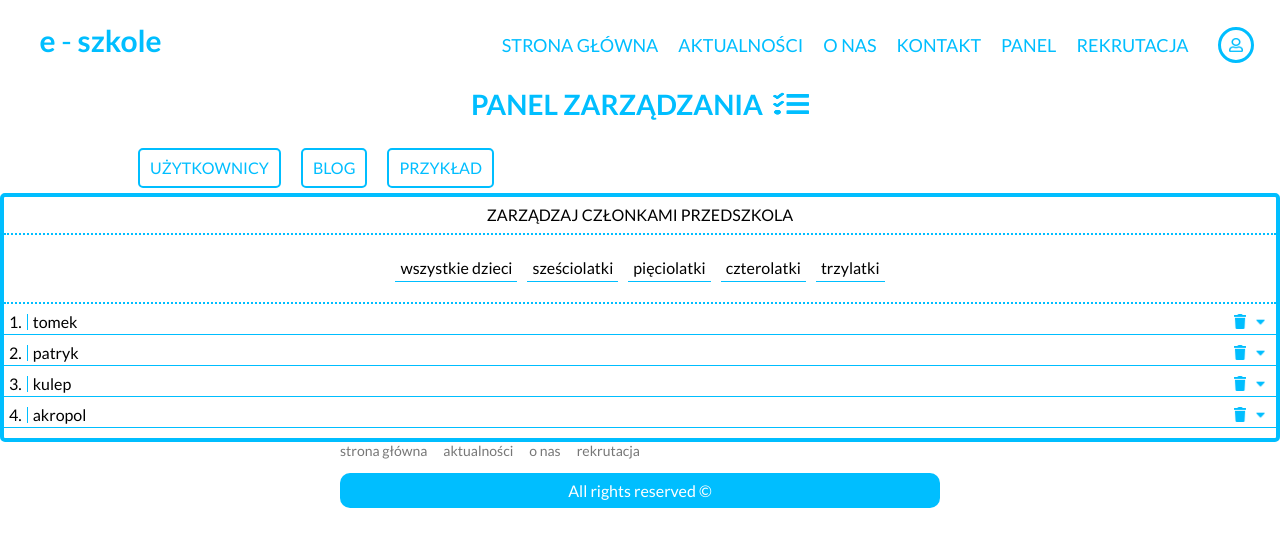
Repository: Votex874/e-szkole
Page: /panel (app in app/)
The author's editor kept a copy of each file at every save. The page is drawn from the files as they stood at one save, then again after the next save.
The browser window is 1280 px wide. The pictures show the whole page.
The project was rebuilt for these pictures with package versions that can differ from the ones it lists, and the page was loaded fresh each time. Also part of the build but not shown: app/src/components/News/Title/index.js, app/src/components/News/Content/index.js, app/src/components/News/Avatar/index.js, app/src/components/News/Footer/index.js, app/src/components/News/index.js, app/src/components/AboutUs/Content/index.js, app/src/components/AboutUs/index.js, app/src/components/Graduates/ListItem/index.js and 26 more.

Above is the page before, as saved 2019-04-03 10:08:15.

After the next save:
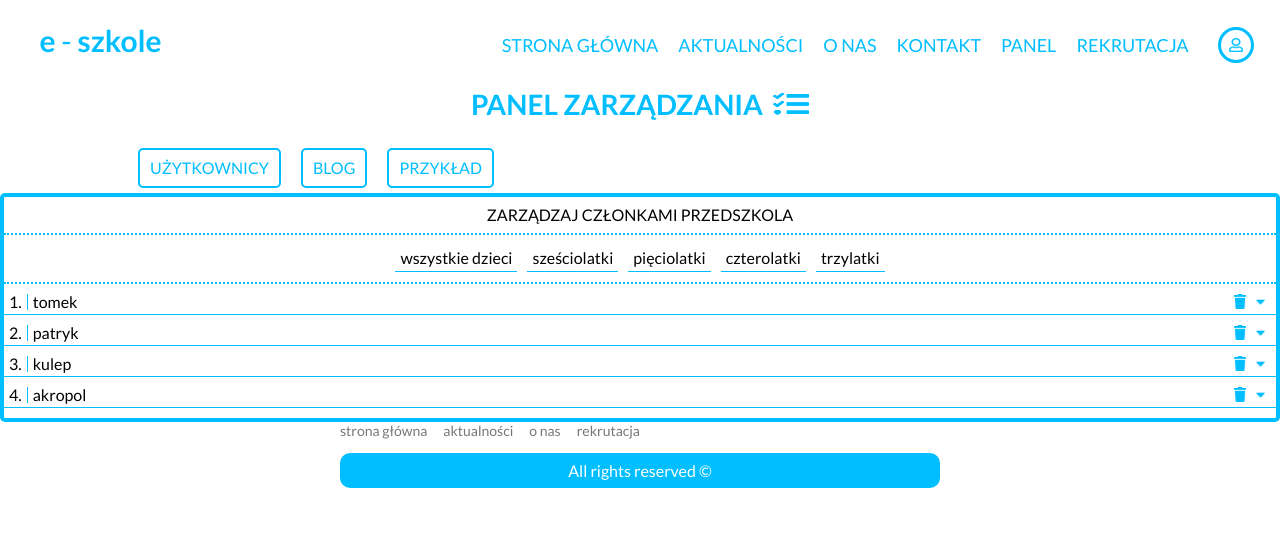
Saved 31 s later.
--- a/app/src/components/PanelOptions/Users/index.js
+++ b/app/src/components/PanelOptions/Users/index.js
@@ -90,7 +90,7 @@
   @media (min-width: 768px) and (max-width: 1399px){
     border-top: 2px dotted ${lightBlue};
     border-bottom: 2px dotted ${lightBlue};
-    padding: 20px 0;
+    padding: 10px 0;
   }
 `
 

After the save that followed:
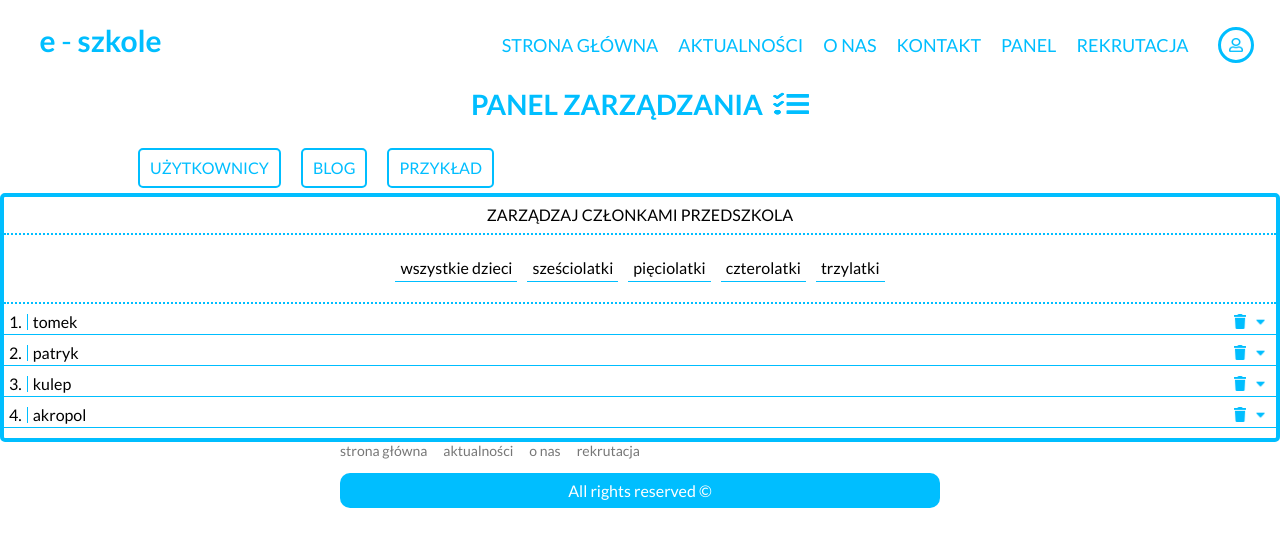
Saved 8 s later.
--- a/app/src/components/PanelOptions/Users/index.js
+++ b/app/src/components/PanelOptions/Users/index.js
@@ -90,7 +90,7 @@
   @media (min-width: 768px) and (max-width: 1399px){
     border-top: 2px dotted ${lightBlue};
     border-bottom: 2px dotted ${lightBlue};
-    padding: 10px 0;
+    padding: 20px 0;
   }
 `
 
